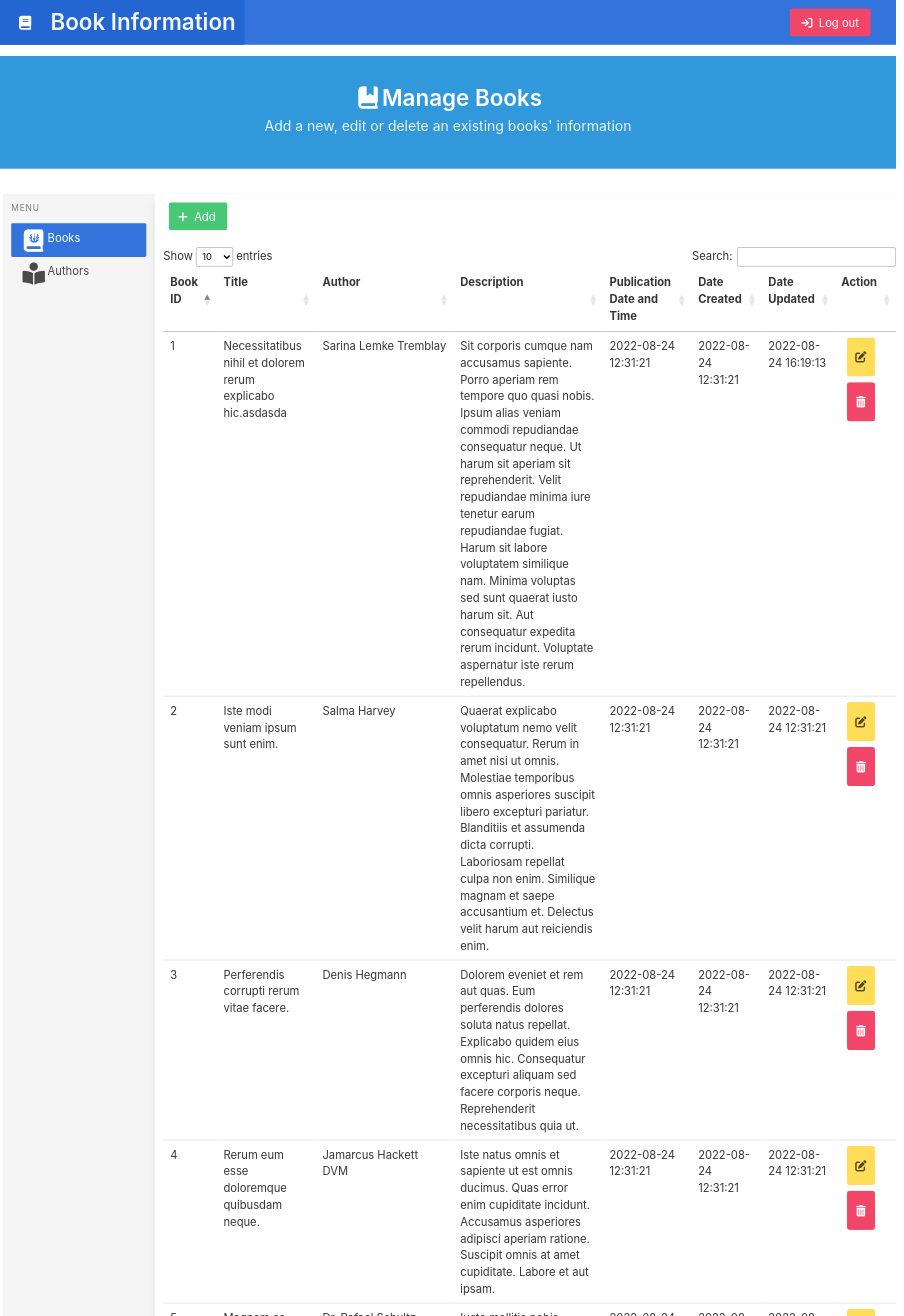
Repository: setsunafjustin00208/books_info_laravel_version
Page: http://localhost/appview/books
The author's editor kept a copy of each file at every save. The page is drawn from the files as they stood at one save, then again after a run of saves.
The browser window is 1280 px wide. The page is 1292 px wide, so the pictures cover 1292 px, including what lies to the right of the window. The pictures show the part of the page from y = 0 to 1880 px (the page is 4300 px tall before and 4220 px after), at 70% of full size.
The page is served by the project's Laravel application, run on PHP 8.4 with Laravel 9. The database holds what the project's SQL file puts in it.

Above is the page before, as saved 2022-08-26 14:10:49.
Console error: ReferenceError: jQuery is not defined

After the next 15 saves:
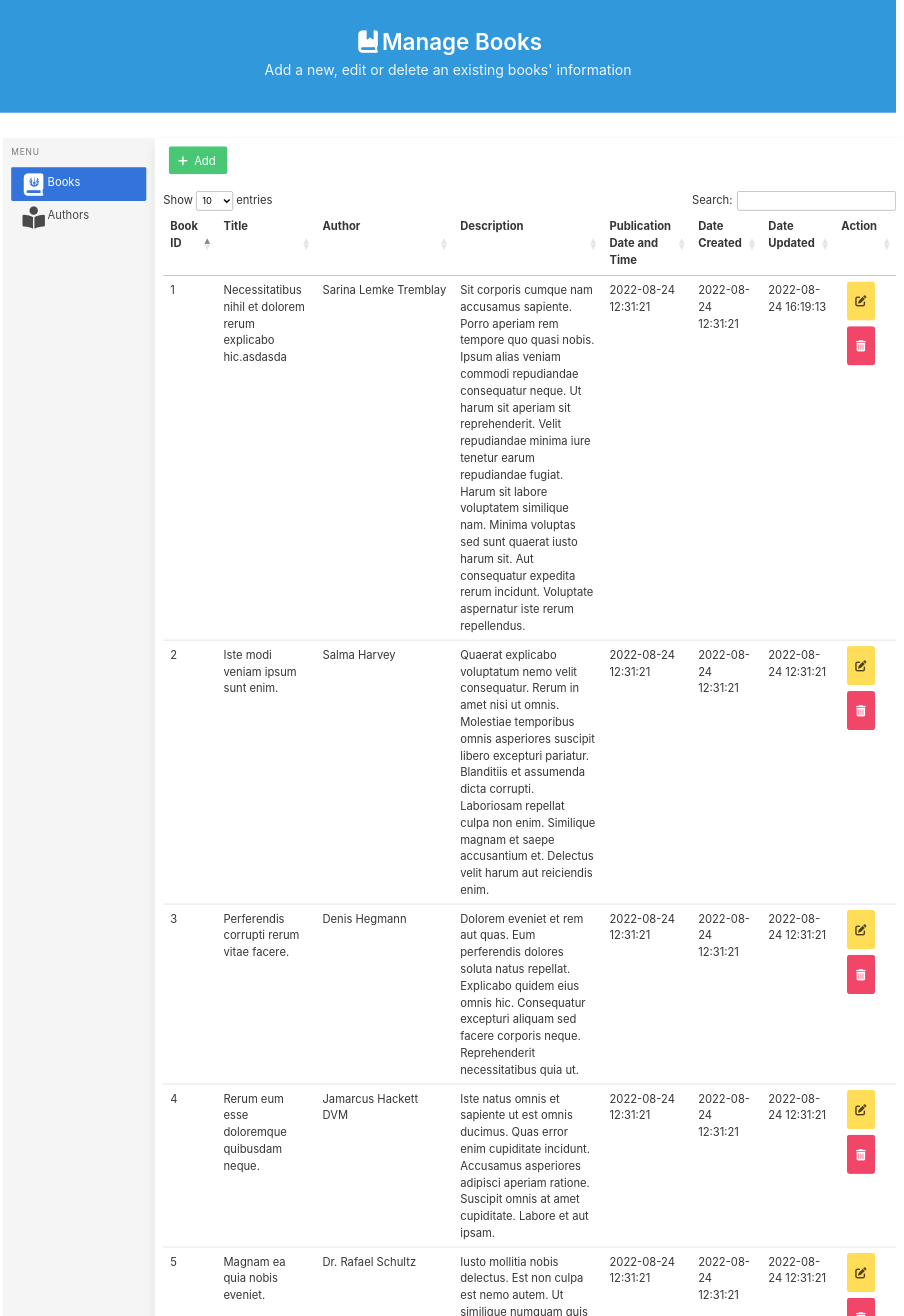
The 15 saves are shown as one change because 2 did not build or start and some came seconds apart.
The last was saved 22 s later.
--- a/resources/views/components/navbar-users.blade.php
+++ b/resources/views/components/navbar-users.blade.php
@@ -8,7 +8,7 @@
 	});
 	});
 </script>
-
+@auth
 <nav class="navbar is-link mb-4" role="navigation" aria-label="main navigation">
     <div class="navbar-brand">
       <a class="navbar-item" href="/appview/books">
@@ -43,3 +43,8 @@
     </div>
   </div>
 </nav>
+@else
+
+
+
+@endauth
